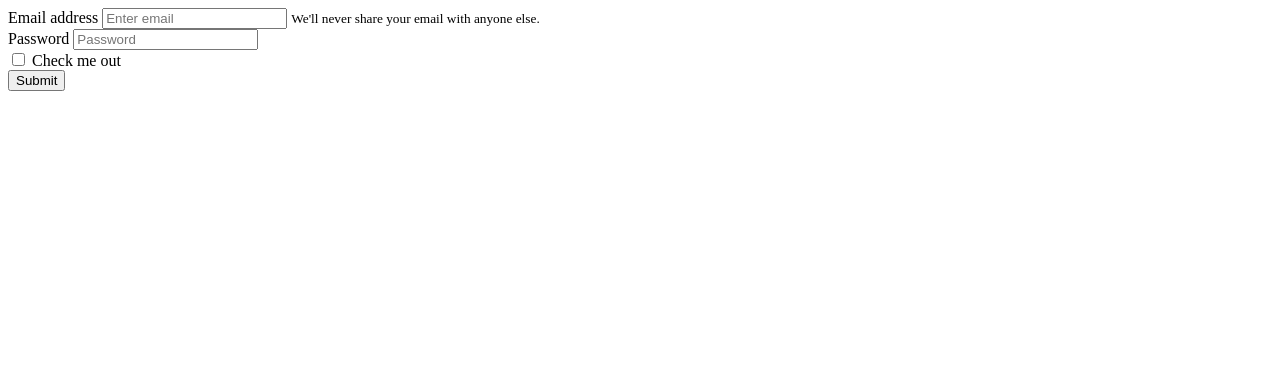
Repository: ROCKY-SAM/laravel5.7
Page: resources/views/projectCreate.blade.php
These files come from the project's save history. The page is drawn as it stood at one moment and after the next save; the edit follows.
The browser window is 1280 px wide. The pictures show the whole page.
The page is served by the project's Laravel application, run on PHP 8.4 with Laravel 8. The template is opened directly, without the code that normally fills it, so the values that code supplies are empty.

Above is the page before, as saved 2018-11-11 14:37:42.

After the next save:
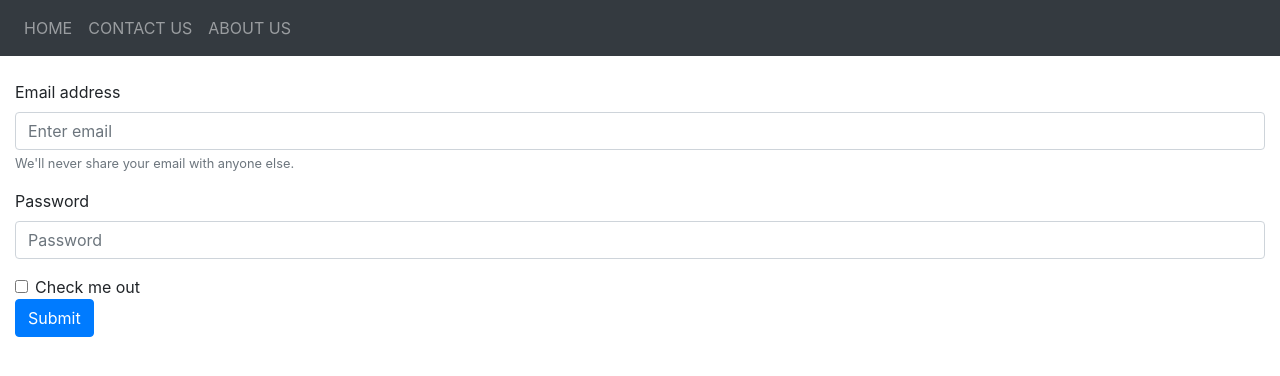
Saved 19 s later.
--- a/resources/views/projectCreate.blade.php
+++ b/resources/views/projectCreate.blade.php
@@ -1,4 +1,11 @@
+@extends('layout')
 
+@section('title')
+    Welcome
+@endsection
+
+
+@section('content')
     <form>
         <div class="form-group">
           <label for="exampleInputEmail1">Email address</label>
@@ -15,3 +22,4 @@
         </div>
         <button type="submit" class="btn btn-primary">Submit</button>
     </form>
+@endsection
